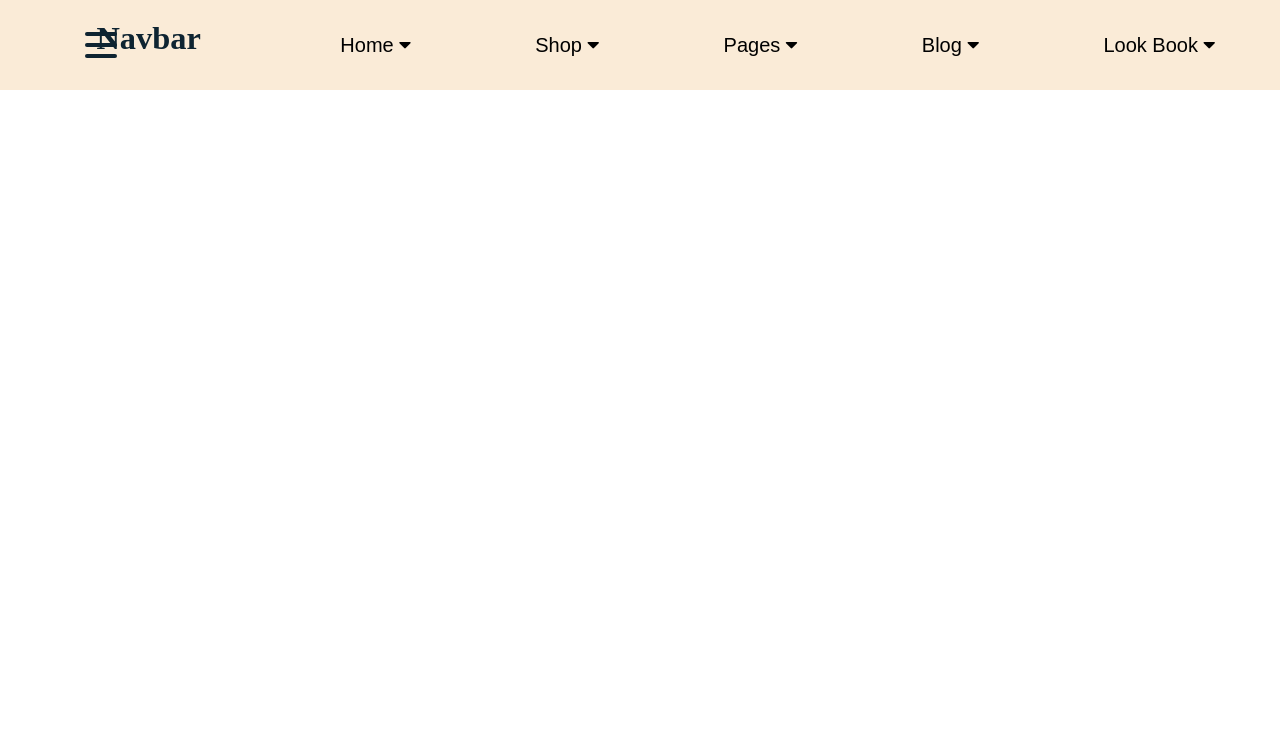
Repository: MorgunovaAlexandra/beauti
Page: index.html
An editor plug-in stored every save of this project. The page is shown before and after the next save, followed by the edit.
The browser window is 1280 px wide. The pictures show the whole page.

Above is the page before, as saved 2022-08-24 13:58:58.

### index.html
<!DOCTYPE html>
<html lang="en">
<head>
    <meta charset="UTF-8">
    <meta http-equiv="X-UA-Compatible" content="IE=edge">
    <meta name="viewport" content="width=device-width, initial-scale=1.0">
    <link rel="stylesheet" href="./style.css">
    <link rel="stylesheet" href="https://cdnjs.cloudflare.com/ajax/libs/font-awesome/4.7.0/css/font-awesome.min.css">
    <title>Document</title>
</head>
<body>
    <div class="wrapper">
        <header class="header">
            <div class="header-container _container">
            <nav class="header-nav">

                    <div class="navbar">
                      <div class="container nav-container">
                          <input class="checkbox" type="checkbox" name="" id="" />
                          <div class="hamburger-lines">
                            <span class="line line1"></span>
                            <span class="line line2"></span>
                            <span class="line line3"></span>
                          </div>
                        <div class="logo">
                          <h1>Navbar</h1>
                        </div>
                        <div class="menu-items">
                          <li><a href="#">Home</a></li>
                          <li><a href="#">about</a></li>
                          <li><a href="#">blogs</a></li>
                          <li><a href="#">portfolio</a></li>
                          <li><a href="#">contact</a></li>
                        </div>
                      </div>
                    </div>

                <div class="dropdown">
                    <button class="dropbtn">Home
                      <i class="fa fa-caret-down faa"></i>
                    </button>
                    <div class="dropdown-content">
                      <a href="#">Link 1</a>
                      <a href="#">Link 2</a>
                      <a href="#">Link 3</a>
                    </div>
                  </div>
                  <div class="dropdown">
                    <button class="dropbtn">Shop
                      <i class="fa fa-caret-down faa"></i>
                    </button>
                    <div class="dropdown-content">
                      <a href="#">Link 1</a>
                      <a href="#">Link 2</a>
                      <a href="#">Link 3</a>
                      <a href="#">Link 1</a>
                      <a href="#">Link 2</a>
                      <a href="#">Link 3</a>
                    </div>
                  </div>
                  <div class="dropdown">
                    <button class="dropbtn">Pages
                      <i class="fa fa-caret-down faa"></i>
                    </button>
                    <div class="dropdown-content">
                      <a href="#">Link 1</a>
                      <a href="#">Link 2</a>
                      <a href="#">Link 3</a>
                    </div>
                  </div>
                  <div class="dropdown">
                    <button class="dropbtn">Blog
                      <i class="fa fa-caret-down faa"></i>
                    </button>
                    <div class="dropdown-content">
                      <a href="#">Link 1</a>
                      <a href="#">Link 2</a>
                      <a href="#">Link 3</a>
                    </div>
                  </div>
                  <div class="dropdown">
                    <button class="dropbtn">Look Book
                      <i class="fa fa-caret-down faa"></i>
                    </button>
                    <div class="dropdown-content">
                      <a href="#">Link 1</a>
                      <a href="#">Link 2</a>
                      <a href="#">Link 3</a>
                    </div>
                  </div>
            </nav>
            </div>
        </header>
    </div>
</body>
</html>

### style.css
* {
	margin: 0;
	padding: 0;
	border: 0;
	box-sizing: border-box;
}
:before,:after{
	padding: 0;
	margin: 0;
	border: 0;
	box-sizing: border-box;
}
html,body{
	height: 100%;
    font-family: 'SofiaProRegular';
	font-size: 18px;
	font-weight: 400;
}

.wrapper{
	width: 100%;
	overflow: hidden;

}
._container{
	max-width: 1170px;
	margin: 0px auto;
	padding: 0px 10px;
}
._container{
	max-width: 1170px;
	margin: 0px auto;
	padding: 0px 10px;
}
/*--------------------------*/
.header {
	font-family: 'TTCommons-Medium';
	position: absolute;/*---------изменено-----------------*/
	width: 100%;
	top: 0;
	left: 0;
	z-index: 50;
	font-size: 17px;
    height: 90px;
    background-color: antiquewhite;

}
.menu-list{
    display: flex;
    justify-content: center;
    align-items: center;
    height: 90px;

}

a{
   position: relative;
    text-decoration: none;
    color:rgb(37, 37, 37);
    margin-left: 40px;
}
.header-nav{
    display: flex;
    justify-content: space-between;
    align-items: center;
    height: 90px;
}
.faa:hover{
    animation: move .3s ease-in;
    transform: rotate(180deg) scaleX(-1);
}
@keyframes move {
    from {
        transform: rotate(0deg) scaleX(-1);

    }
    50% {transform: rotate(90deg) scaleX(-1);}
    to {
        transform: rotate(180deg) scaleX(-1);
    }
  }
.dropbtn{
    font-size: 20px;
    background-color: rgb(156, 153, 153,0) ;
}
.dropdown-content{
    display: none;
    position: absolute;
    background-color: #f9f9f9;
    min-width: 160px;
    z-index: 1;
}
.dropdown-content a {
    float: none;
    color: rgb(156, 153, 153);
    padding: 12px 16px;
    text-decoration: none;
    display: block;
    text-align: left;
}
.dropdown-content a:hover {
    color: rgb(67, 66, 66);
}

.dropdown:hover .dropdown-content {
    display: block;
}
/*=======humburger=======*/
.top-nav {
    display: flex;
    flex-direction: row;
    align-items: center;
    justify-content: space-between;
    background-color: #00BAF0;
    background: linear-gradient(to left, #f46b45, #eea849);
    /* W3C, IE 10+/ Edge, Firefox 16+, Chrome 26+, Opera 12+, Safari 7+ */
    color: #FFF;
    height: 50px;
    padding: 1em;
  }

  .menu {
    display: flex;
    flex-direction: row;
    list-style-type: none;
    margin: 0;
    padding: 0;
  }

  .menu > li {
    margin: 0 1rem;
    overflow: hidden;
  }

  .menu-button-container {
    display: none;
    height: 100%;
    width: 30px;
    cursor: pointer;
    flex-direction: column;
    justify-content: center;
    align-items: center;
  }

  #menu-toggle {
    display: none;
  }

  .menu-button,
  .menu-button::before,
  .menu-button::after {
    display: block;
    background-color: #fff;
    position: absolute;
    height: 4px;
    width: 30px;
    transition: transform 400ms cubic-bezier(0.23, 1, 0.32, 1);
    border-radius: 2px;
  }

  .menu-button::before {
    content: '';
    margin-top: -8px;
  }

  .menu-button::after {
    content: '';
    margin-top: 8px;
  }

  #menu-toggle:checked + .menu-button-container .menu-button::before {
    margin-top: 0px;
    transform: rotate(405deg);
  }

  #menu-toggle:checked + .menu-button-container .menu-button {
    background: rgba(255, 255, 255, 0);
  }

  #menu-toggle:checked + .menu-button-container .menu-button::after {
    margin-top: 0px;
    transform: rotate(-405deg);
  }

  @media (max-width: 700px) {
    .menu-button-container {
      display: flex;
    }
    .menu {
      position: absolute;
      top: 0;
      margin-top: 50px;
      left: 0;
      flex-direction: column;
      width: 100%;
      justify-content: center;
      align-items: center;
    }
    #menu-toggle ~ .menu li {
      height: 0;
      margin: 0;
      padding: 0;
      border: 0;
      transition: height 400ms cubic-bezier(0.23, 1, 0.32, 1);
    }
    #menu-toggle:checked ~ .menu li {
      border: 1px solid #333;
      height: 2.5em;
      padding: 0.5em;
      transition: height 400ms cubic-bezier(0.23, 1, 0.32, 1);
    }
    .menu > li {
      display: flex;
      justify-content: center;
      margin: 0;
      padding: 0.5em 0;
      width: 100%;
      color: white;
      background-color: #222;
    }
    .menu > li:not(:last-child) {
      border-bottom: 1px solid #444;
    }
  }

  .nav-container {
    display: flex;
    justify-content: space-between;
    align-items: center;
    height: 62px;
  }

  .navbar .menu-items {
    display: flex;
  }

  .navbar .nav-container li {
    list-style: none;
  }

  .navbar .nav-container a {
    text-decoration: none;
    color: #0e2431;
    font-weight: 500;
    font-size: 1.2rem;
    padding: 0.7rem;
  }

  .navbar .nav-container a:hover{
      font-weight: bolder;
  }

  .nav-container {
    display: block;
    position: relative;
    height: 60px;
  }

  .nav-container .checkbox {
    position: absolute;
    display: block;
    height: 32px;
    width: 32px;
    top: 20px;
    left: 20px;
    z-index: 5;
    opacity: 0;
    cursor: pointer;
  }

  .nav-container .hamburger-lines {
    display: block;
    height: 26px;
    width: 32px;
    position: absolute;
    top: 17px;
    left: 20px;
    z-index: 2;
    display: flex;
    flex-direction: column;
    justify-content: space-between;
  }

  .nav-container .hamburger-lines .line {
    display: block;
    height: 4px;
    width: 100%;
    border-radius: 10px;
    background: #0e2431;
  }

  .nav-container .hamburger-lines .line1 {
    transform-origin: 0% 0%;
    transition: transform 0.4s ease-in-out;
  }

  .nav-container .hamburger-lines .line2 {
    transition: transform 0.2s ease-in-out;
  }

  .nav-container .hamburger-lines .line3 {
    transform-origin: 0% 100%;
    transition: transform 0.4s ease-in-out;
  }

  .navbar .menu-items {
    padding-top: 120px;
    box-shadow: inset 0 0 2000px rgba(255, 255, 255, .5);
    height: 100vh;
    width: 100%;
    transform: translate(-150%);
    display: flex;
    flex-direction: column;
    margin-left: -40px;
    padding-left: 50px;
    transition: transform 0.5s ease-in-out;
    text-align: center;
  }

  .navbar .menu-items li {
    margin-bottom: 1.2rem;
    font-size: 1.5rem;
    font-weight: 500;
  }

  .logo {
    position: absolute;
    top: 5px;
    right: 15px;
    font-size: 1.2rem;
    color: #0e2431;
  }

  .nav-container input[type="checkbox"]:checked ~ .menu-items {
    transform: translateX(0);
  }

  .nav-container input[type="checkbox"]:checked ~ .hamburger-lines .line1 {
    transform: rotate(45deg);
  }

  .nav-container input[type="checkbox"]:checked ~ .hamburger-lines .line2 {
    transform: scaleY(0);
  }

  .nav-container input[type="checkbox"]:checked ~ .hamburger-lines .line3 {
    transform: rotate(-45deg);
  }

  .nav-container input[type="checkbox"]:checked ~ .logo{
    display: none;
  }

After the next save:
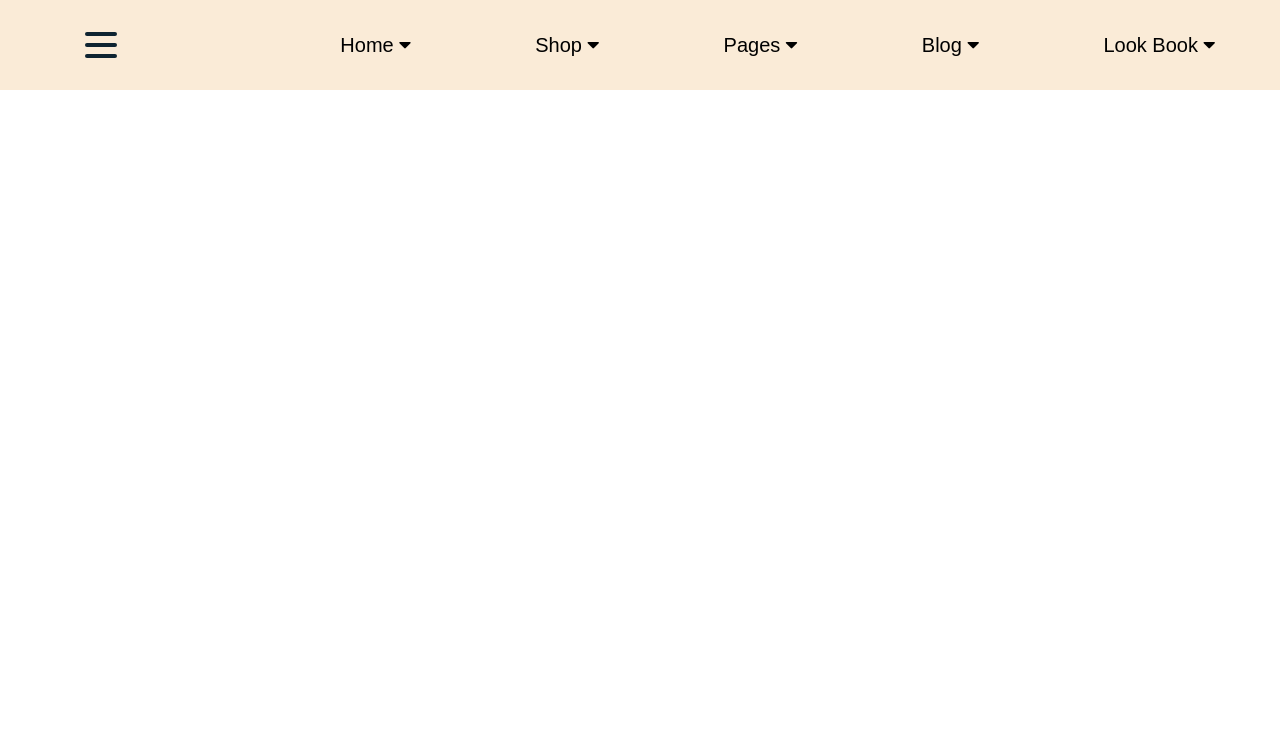
Saved 17 s later.
--- a/index.html
+++ b/index.html
@@ -22,9 +22,7 @@
                             <span class="line line2"></span>
                             <span class="line line3"></span>
                           </div>
-                        <div class="logo">
-                          <h1>Navbar</h1>
-                        </div>
+
                         <div class="menu-items">
                           <li><a href="#">Home</a></li>
                           <li><a href="#">about</a></li>
